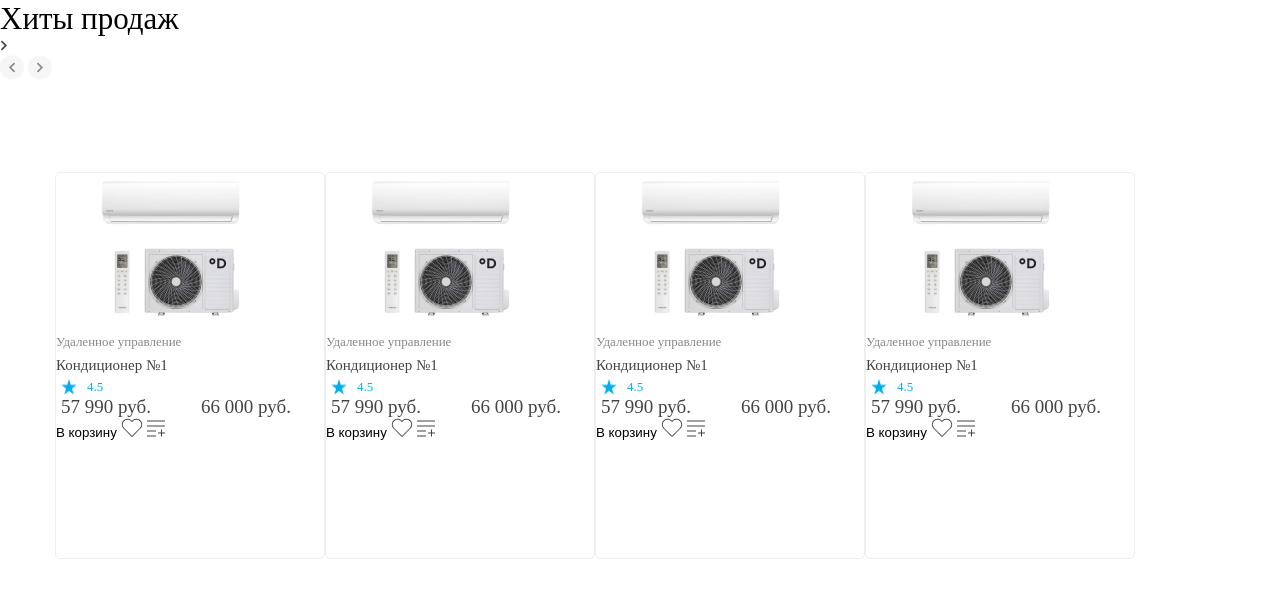
Repository: NikaMana/us
Page: index.html
The author's editor kept a copy of each file at every save. The page is drawn from the files as they stood at one save, then again after the next save.
The browser window is 1280 px wide. The pictures show the whole page.

Above is the page before, as saved 2021-09-15 15:34:54.

### index.html
<!DOCTYPE html>
<html lang="ru">
<head>
    <meta charset="utf-8">
    <title>Main page</title>
    <meta name="viewport" content="widht=1100, initial-scale=1.0">
    <link rel="stylesheet" href="./styles.css">


</head>
<body>
<div class="welcome">
  <div class="welcome__container">
    <div class="welcome__up">
      <div class="welcome__left">
        <h1 class="welcome__hits">Хиты продаж</h1>
        <img class="welcome__arr" src="/img/arrbl.png" alt="blackarrow">
      </div>
      <div class="welcome__right">
        <img class="welcome__arr-left" src="/img/arrleft.png" alt="arrowleft">
        <img class="welcome__arr-right" src="/img/arrright.png" alt="arrowright">
      </div>
    </div>
      <div class="welcome__block-container">
        <div class="welcome__block">
          <img class="welcome__pic" src="/img/pic1.png" alt="condition">
          <h4 class="welcome__control">Удаленное управление</h4>
          <h3 class="welcome__condition">Кондиционер №1</h3>
          <div class="welcome__rating">
            <img class="welcome__star" src="/img/Star.png" alt="star">
            <span class="welcome__score">4.5</span>
          </div>
          <div class="welcome__price">
            <h2 class="welcome__price-current">57 990 руб.</h2>
            <h3 class="welcome__price-current">66 000 руб.</h3>
          </div>
          <div class="welcome__adding">
            <button class="welcome__button">В корзину</button>
            <img class="welcome__like" src="/img/like.png" alt="like">
            <img class="welcome__plus" src="/img/add.png" alt="add">
          </div>
        </div>
        <div class="welcome__block">
          <img class="welcome__pic" src="/img/pic1.png" alt="condition">
          <h4 class="welcome__control">Удаленное управление</h4>
          <h3 class="welcome__condition">Кондиционер №1</h3>
          <div class="welcome__rating">
            <img class="welcome__star" src="/img/Star.png" alt="star">
            <span class="welcome__score">4.5</span>
          </div>
          <div class="welcome__price">
            <h2 class="welcome__price-current">57 990 руб.</h2>
            <h3 class="welcome__price-current">66 000 руб.</h3>
          </div>
          <div class="welcome__adding">
            <button class="welcome__button">В корзину</button>
            <img class="welcome__like" src="/img/like.png" alt="like">
            <img class="welcome__plus" src="/img/add.png" alt="add">
          </div>
        </div>
        <div class="welcome__block">
          <img class="welcome__pic" src="/img/pic1.png" alt="condition">
          <h4 class="welcome__control">Удаленное управление</h4>
          <h3 class="welcome__condition">Кондиционер №1</h3>
          <div class="welcome__rating">
            <img class="welcome__star" src="/img/Star.png" alt="star">
            <span class="welcome__score">4.5</span>
          </div>
          <div class="welcome__price">
            <h2 class="welcome__price-current">57 990 руб.</h2>
            <h3 class="welcome__price-current">66 000 руб.</h3>
          </div>
          <div class="welcome__adding">
            <button class="welcome__button">В корзину</button>
            <img class="welcome__like" src="/img/like.png" alt="like">
            <img class="welcome__plus" src="/img/add.png" alt="add">
          </div>
        </div>
        <div class="welcome__block">
          <img class="welcome__pic" src="/img/pic1.png" alt="condition">
          <h4 class="welcome__control">Удаленное управление</h4>
          <h3 class="welcome__condition">Кондиционер №1</h3>
          <div class="welcome__rating">
            <img class="welcome__star" src="/img/Star.png" alt="star">
            <span class="welcome__score">4.5</span>
          </div>
          <div class="welcome__price">
            <h2 class="welcome__price-current">57 990 руб.</h2>
            <h3 class="welcome__price-current">66 000 руб.</h3>
          </div>
          <div class="welcome__adding">
            <button class="welcome__button">В корзину</button>
            <img class="welcome__like" src="/img/like.png" alt="like">
            <img class="welcome__plus" src="/img/add.png" alt="add">
          </div>
        </div>
      </div>
  </div>
</div>
</body>

### styles.css
*{
  margin: 0;
  padding: 0;
  box-sizing: border-box;
}
button{
  border: none;
  background: no-repeat;
}
h1, h2,h3,h4,h5{
  font-family: none;
  font-size: none;
}
.welcome{
  position: absolute;
  width: 100%;
  height: 100%;
  z-index: 0;
}

.welcome__hits{
font-family: Gotham Pro;
font-size: 31px;
font-style: normal;
font-weight: 300;
line-height: 37px;
letter-spacing: 0em;
text-align: left;
}
.welcome__block-container{
  display: flex;
  flex-direction: row;
}
.welcome__block{
height: 387px;
width: 270px;
left: 55px;
top: 88px;
border-radius: 5px;
position: relative;
height: 387px;
left: 55px;
right: 955px;
top: 88px;
background: #FFFFFF;
border: 1px solid #EEEEEE;
box-sizing: border-box;
border-radius: 5px;
}
.welcome__pic{
height: 150px;
left: 20px;
right: 20px;
top: 20px;
}
.welcome__control{
  position: static;
width: 230px;
height: 19px;
left: 0px;
top: 0px;
font-family: Gotham Pro;
font-style: normal;
font-weight: normal;
font-size: 13px;
line-height: 19px;
color: #888888;
flex: none;
order: 0;
align-self: stretch;
flex-grow: 0;
margin: 5px 0px;
}
.welcome__condition{
  position: static;
width: 230px;
height: 18px;
left: 0px;
top: 0px;
font-family: Gotham Pro;
font-style: normal;
font-weight: normal;
font-size: 15px;
line-height: 18px;
color: #444444;
flex: none;
order: 0;
align-self: stretch;
flex-grow: 0;
margin: 5px 0px;
}
.welcome__rating{
  display: flex;
}
.welcome__star{
  position: static;
width: 16px;
height: 16px;
left: 0px;
top: 0px;
flex: none;
order: 0;
flex-grow: 0;
margin: 0px 5px;
}
.welcome__score{
  position: static;
width: 165px;
height: 15px;
left: 21px;
top: 0px;
font-family: Gotham Pro;
font-style: normal;
font-weight: normal;
font-size: 13px;
line-height: 15px;
display: flex;
align-items: center;
color: #00ADEF;
flex: none;
order: 1;
flex-grow: 1;
margin: 0px 5px;
}
.welcome__price{
  display: flex;
}
.welcome__price-current{
  position: static;
width: 130px;
height: 23px;
left: 0px;
top: 0px;
font-family: Gotham Pro;
font-style: normal;
font-weight: normal;
font-size: 19px;
line-height: 23px;
display: flex;
align-items: flex-end;
color: #444444;
flex: none;
order: 0;
flex-grow: 0;
margin: 0px 5px;
}

After the next save:
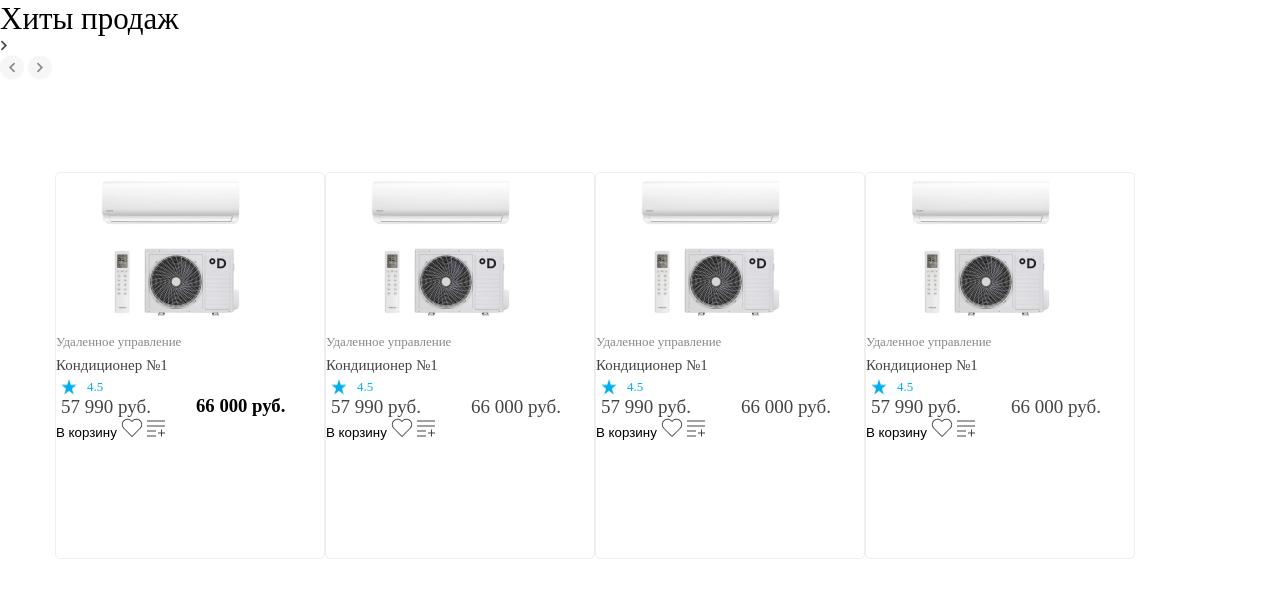
Saved 51 s later.
--- a/index.html
+++ b/index.html
@@ -32,7 +32,7 @@
           </div>
           <div class="welcome__price">
             <h2 class="welcome__price-current">57 990 руб.</h2>
-            <h3 class="welcome__price-current">66 000 руб.</h3>
+            <h3 class="welcome__price-past">66 000 руб.</h3>
           </div>
           <div class="welcome__adding">
             <button class="welcome__button">В корзину</button>
